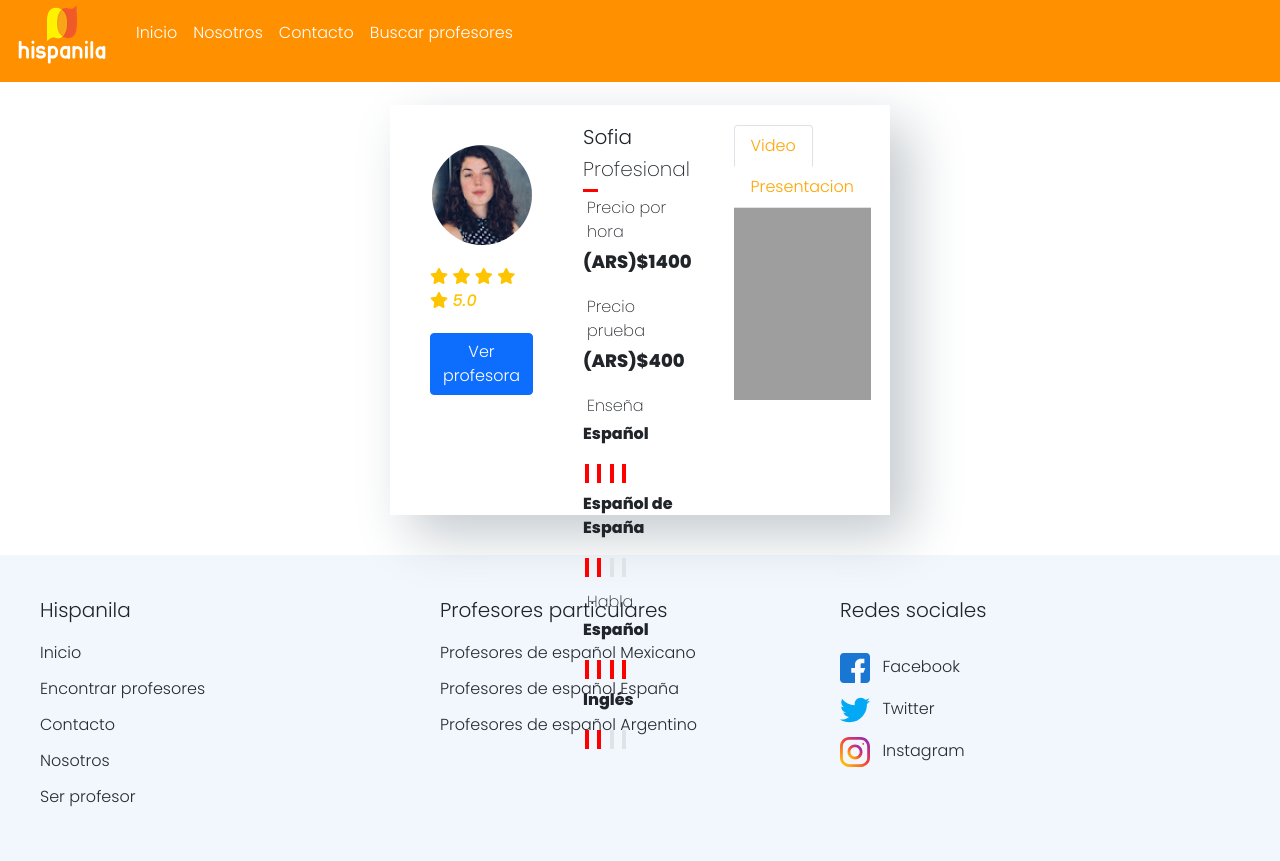
Repository: AgustinGarciaDev/Hispanila
Page: searchteacer.html
An editor plug-in stored every save of this project. The page is shown before and after the next save, followed by the edit.
The browser window is 1280 px wide. The pictures show the whole page.
Pictures or frames that could not be fetched are drawn as grey boxes. Some web libraries are served in a nearby version. The style sheet was rebuilt from its Sass, Less or Tailwind sources for each picture, by a compiler version that may differ from the author's.

Above is the page before, as saved 2021-01-30 10:10:54.

### searchteacer.html
<!DOCTYPE html>
<html lang="en">

<head>

    <head>
        <meta charset="UTF-8">
        <title>Buscar profesor</title>
        <meta name="viewport" content="width=device-width, user-scalable=no">
        <meta name="description" content="Busca el profesor de español que más se adecue a lo que quieres aprender. Busca por precio,variante del español y mucho más">
        <meta name="keywords" content="profesor español, buscar profesor, español , aprender con profesionales">
        <link rel="stylesheet" href="https://cdnjs.cloudflare.com/ajax/libs/animate.css/4.1.1/animate.min.css" />
        <link rel="stylesheet" href="https://use.fontawesome.com/releases/v5.8.1/css/all.css" integrity="sha384-50oBUHEmvpQ+1lW4y57PTFmhCaXp0ML5d60M1M7uH2+nqUivzIebhndOJK28anvf" crossorigin="anonymous">
        <link rel="preconnect" href="https://fonts.gstatic.com">
        <link rel="preconnect" href="https://fonts.gstatic.com">
        <link href="https://fonts.googleapis.com/css2?family=Poppins:ital,wght@0,200;0,300;0,800;0,900;1,200;1,500&display=swap" rel="stylesheet">
        <link href="https://cdn.jsdelivr.net/npm/bootstrap@5.0.0-beta1/dist/css/bootstrap.min.css" rel="stylesheet" integrity="sha384-giJF6kkoqNQ00vy+HMDP7azOuL0xtbfIcaT9wjKHr8RbDVddVHyTfAAsrekwKmP1" crossorigin="anonymous">
        <link rel="stylesheet" href="./css/style.css">
        <link rel="stylesheet" href="stylemod.css">
    </head>
</head>

<body class="search-teacher">
    <header>
        <nav class="navbar navbar-expand-lg navbar-light bg-light nav-color">
            <div class="container-fluid">
                <a class="navbar-brand" href="./index.html"><img class="logo" src="./img/Hispanila_opt.png" alt=""></a>
                <button class="navbar-toggler" type="button" data-bs-toggle="collapse" data-bs-target="#navbarSupportedContent" aria-controls="navbarSupportedContent" aria-expanded="false" aria-label="Toggle navigation">
                    <span class="navbar-toggler-icon"></span>
                </button>
                <div class="collapse navbar-collapse" id="navbarSupportedContent">
                    <ul class="navbar-nav me-auto mb-2 mb-lg-0">
                        <li class="nav-item">
                            <a class="nav-link active" aria-current="page" href="./index.html">Inicio</a>
                        </li>
                        <li class="nav-item">
                            <a class="nav-link" href="./we.html">Nosotros</a>
                        </li>
                        <li class="nav-item">
                            <a class="nav-link" href="./contact.html">Contacto</a>
                        </li>
                        <li class="nav-item">
                            <a class="nav-link" href="./searchteacer.html">Buscar profesores</a>
                        </li>
                    </ul>
                </div>
            </div>
        </nav>
    </header>
    <section class="teacher__layout">
        <div class="teacher__card">
            <div class="teacher__card__content">
                <div class="teacher">
                    <div class="teacher-date">
                        <img src="./img/teacher/teacher-one.jpg" alt="Profesora de español">
                        <div class="score-teacher">
                            <i class="fas fa-star"></i>
                            <i class="fas fa-star"></i>
                            <i class="fas fa-star"></i>
                            <i class="fas fa-star"></i>
                            <i class="fas fa-star"></i>
                            <i>5.0</i>
                        </div>
                        <a class="btn btn-primary" href="./profile.html" role="button">Ver profesora</a>
                    </div>
                </div>
            </div>
            <div class="teacher__card__content">

                <div class="teacher-information">
                    <span class="teacher-date-personal">
                        <h1>Sofia</h1>
                    </span>
                    <span class="teacher-posicion">
                        <h4>Profesional</h4>
                        <div class="teacher-divider-card"></div>
                    </span>
                    <div class="">
                        <div class="row">
                            <div class="col-sm">
                                <span class="title-teacher">
                                    <p>Precio por hora</p>
                                </span>
                                <p class="teacher-precie">(ARS)$1400</p>
                            </div>
                            <div class="col-sm">
                                <span class="title-teacher">
                                    <p>Precio prueba </p>
                                </span>
                                <p class="teacher-precie">(ARS)$400</p>
                            </div>
                        </div>
                    </div>
                    <div>
                        <span class="title-teacher">
                            <p>Enseña</p>
                        </span>
                        <div class="row">
                            <div class="col-sm">
                                <p class="teacher-learning">Español</p>
                                <div class="teacher-level">
                                    <span class="level level-one"></span>
                                    <span class="level level-two"></span>
                                    <span class=" level level-four"></span>
                                    <span class=" level level-five"></span>
                                </div>
                            </div>
                            <div class="col-sm">
                                <p class="teacher-learning">Español de España</p>
                                <div class="teacher-level">
                                    <span class="level level-one"></span>
                                    <span class="level level-two"></span>
                                    <span class=" level level-four-lenguage"></span>
                                    <span class=" level level-five-leanguage"></span>
                                </div>
                            </div>
                        </div>
                    </div>
                    <div>
                        <span class="title-teacher">
                            <p>Habla</p>
                        </span>
                        <div class="row">
                            <div class="col-sm">
                                <p class="teacher-learning">Español</p>
                                <div class="teacher-level">
                                    <span class="level level-one"></span>
                                    <span class="level level-two"></span>
                                    <span class=" level level-four"></span>
                                    <span class=" level level-five"></span>
                                </div>
                            </div>
                            <div class="col-sm">
                                <p class="teacher-learning">Inglés</p>
                                <div class="teacher-level">
                                    <span class="level level-one"></span>
                                    <span class="level level-two"></span>
                                    <span class=" level level-four-lenguage"></span>
                                    <span class=" level level-five-leanguage"></span>
                                </div>
                            </div>
                        </div>
                    </div>
                </div>
            </div>
            <div class="teacher__card__content">
                <ul class="nav nav-tabs color__nav " id="myTab " role="tablist">
                    <li class="nav-item color__nav" role="presentation">
                        <a class="nav-link active color__nav" id="home-tab" data-bs-toggle="tab" href="#home1" role="tab" aria-controls="home" aria-selected="true">Video</a>
                    </li>
                    <li class="nav-item color__nav" role="presentation">
                        <a class="nav-link color__nav" id="profile-tab" data-bs-toggle="tab" href="#profile1" role="tab" aria-controls="profile" aria-selected="false">Presentacion</a>
                    </li>
                </ul>
                <div class="tab-content" id="myTabContent">
                    <div class="tab-pane fade show active" id="home1" role="tabpanel" aria-labelledby="home-tab">
                        <iframe width="100%" height="192" src="https://www.youtube.com/embed/-aLOT1o647Y" frameborder="0" allow="accelerometer; autoplay; clipboard-write; encrypted-media; gyroscope; picture-in-picture" allowfullscreen></iframe>
                    </div>
                    <div class="tab-pane fade" id="profile1" role="tabpanel" aria-labelledby="profile-tab">Soy Licenciada en Educación (Argentina) y Master en Enseñanza de Español como Lengua Extranjera (Universidad de Barcelona). Tengo experiencia trabajando con niños, jóvenes y adultos, desde principiantes hasta avanzados. Durante mi
                        Master desarrollé un curso de español dirigido específicamente a profesionales del sector inmobiliario.
                    </div>
                </div>
            </div>
        </div>

        </div>
    </section>

    <footer class="footer">
        <div class="list__footer">
            <p class="list__footer__p-modifier">Hispanila</p>
            <li class="list__footer__li-modifier"> <a class="list__footer__a-modifier" href="/index.html">Inicio</a>
            </li>
            <li class="list__footer__li-modifier"> <a class="list__footer__a-modifier" href="/searchteacer.html">Encontrar profesores</a></li>
            <li class="list__footer__li-modifier"><a class="list__footer__a-modifier" href="/contacte.html">Contacto</a>
            </li>
            <li class="list__footer__li-modifier"><a class="list__footer__a-modifier" href="/we.html">Nosotros</a></li>
            <li class="list__footer__li-modifier"><a class="list__footer__a-modifier" href="/we.html">Ser profesor</a>
            </li>
        </div>
        <div class="list__footer">
            <p class="list__footer__p-modifier">Profesores particulares</p>
            <li class="list__footer__li-modifier"> <a class="list__footer__a-modifier" href=" https://www.facebook.com/ "> Profesores de español Mexicano</a></li>
            <li class="list__footer__li-modifier"><a class="list__footer__a-modifier" href="https://twitter.com/home ">
                    Profesores de español España</a></li>
            <li class="list__footer__li-modifier"><a class="list__footer__a-modifier" href="https://www.instagram.com/ "> Profesores de español Argentino</a></li>
        </div>
        <div class="list__footer ">
            <p class="list__footer__p-modifier"> Redes sociales</p>
            <li class="list__footer__li-modifier"></li><img class="list__footer__img-modifier" src="./img/facebook.svg " alt=" "> <a class="list__footer__a-modifier" href="https://www.facebook.com/ ">Facebook</a></li>
            <li class="list__footer__li-modifier"></li><img class="list__footer__img-modifier" src="./img/gorjeo.svg " alt=" "> <a class="list__footer__a-modifier" href="https://twitter.com/home ">Twitter</a></li>
            <li class="list__footer__li-modifier"></li><img class="list__footer__img-modifier" src="./img/instagram.svg " alt=" "> <a class="list__footer__a-modifier" href="https://www.instagram.com/ ">Instagram</a></li>
        </div>
    </footer>
    <script src="https://cdn.jsdelivr.net/npm/bootstrap@5.0.0-beta1/dist/js/bootstrap.bundle.min.js" integrity="sha384-ygbV9kiqUc6oa4msXn9868pTtWMgiQaeYH7/t7LECLbyPA2x65Kgf80OJFdroafW" crossorigin="anonymous"></script>
</body>

</html>

### stylemod.css
/* CARD  porque estudiar Hispanila*/

.container {
    height: 400px;
    width: 100%;
    background: white;
    margin-bottom: 20px;
    margin-top: 20px;
    box-shadow: 20px 20px 51px #c4cacf, -20px -20px 51px #ffffff;
    display: flex;
}

.teacher-block {
    padding: 10px;
}

.navbar>.container-fluid {
    background-color: #FF9000 !important;
}

@media (max-width: 890px) {
    .teacher-block
}

@media (max-width: 520px) {}

### scss/style.scss
@import"variables";
@import "header";
@import "footer";
@import "body";
@import "home";
@import "contac";
@import "profile";
@import "seendemail";
@import "aboutUs";
@import "search";

### scss/_variables.scss
/* TIPOGRAFIAS */

$font-body: 'Poppins',
sans-serif;

/* SIZE TIPOGRAFIAS */

$nameteacher: 16px;
$titulocontacto: 20px;

/* ICONOS COLOR */

$color-start-icon: #FEC400;
$color-social:gray;

/*Color background*/

$color-box: linear-gradient(145deg, #d8e8f2, #b6c3cb);

/*Padding*/

$padding-currilum: 40px;

### scss/_header.scss
header {
    position: sticky;
    top: 0;
    z-index: 5;
}

### scss/_footer.scss
.footer {
    background-color: #F2F7FD;
    display: grid;
    grid-template-columns: repeat(3, 1fr);
    padding: 40px;
}

.list__footer__p-modifier {
    font-size: 20px;
}

.list__footer__li-modifier {
    list-style: none;
    align-items: center;
    display: flex;
    margin-bottom: 12px;
}

.list__footer__a-modifier {
    text-decoration: none;
    color: #252b2f;
}

.list-footer a:hover {
    text-decoration: underline;
}

.list__footer__img-modifier {
    width: 30px;
    height: 30px;
    margin-right: 8px;
}

@media (max-width: 768px) {
    .footer {
        display: flex;
        flex-wrap: wrap;
    }
    .list__footer {
        padding-left: 10px;
        padding-right: 10px;
        justify-content: center;
    }
}

@media (max-width: 520px) {}

### scss/_body.scss
body {
    margin: 0;
    font-family: $font-body;
}

.navbar>.container-fluid {
    background-color: #FF9000 !important;
}

### scss/_home.scss
.nav-color {
    background-color: #ff9000 !important;
    height: 65px;
    box-shadow: 2px 2px 4px #d97a00, -5px -5px 4px #ffa600;
}

.nav-link {
    color: white !important;
}

.hero {
    display: grid;
    grid-template-columns: 2fr 2fr;
    height: 600px;
    background-image: url(http://baravdg.com/wp-content/uploads/2021/01/hero-background.png);
    background-position: center;
    background-repeat: no-repeat;
    background-size: cover;
}

.hero .box {
    display: flex;
    flex-direction: column;
    margin: auto;
    padding-left: 30px;
}

.hero__title_h1 {
    color: white;
    font-weight: 700;
    font-size: 50px;
}

.hero__title_p {
    color: white;
    font-size: 30px;
    font-size: 400;
}

.hero__bottom {
    width: 200px;
    color: white;
    padding: 10px;
    text-align: center;
    text-decoration: none;
    font-size: 'Poppins', sans-serif;
    font-weight: 800;
    border-radius: 8px;
    background: linear-gradient(145deg, #ffd529, #d8b322);
}


/* EMPIEZA LAS CARD DE LAS BANDERAS */

.Tittle_h2 {
    text-align: center;
    padding: 30px;
    font-size: 40px;
    font-weight: 800;
}

.block-band {
    display: grid;
    grid-template-columns: repeat(3, 1fr);
    grid-column-gap: 30px;
    grid-row-gap: 30px;
    justify-items: center;
}

.link {
    color: inherit;
    text-decoration: inherit;
}

.card-band {
    border-radius: 24px;
    border-radius: 24px;
    background: #ecf1f4;
    box-shadow: 22px 22px 18px #dee3e5, -22px -22px 18px #faffff;
    width: 400px;
    height: 372px;
}

.content-band {
    display: flex;
    padding-left: 40px;
    padding-bottom: 10px;
}

.info-card {
    padding-top: 9px;
    padding-left: 10px;
}

.info-card h4 {
    margin: 0;
}

.info-card p {
    margin: 0;
    margin-left: 6;
}

.card-band .teacher-photo {
    width: 400px;
    height: 300px;
}

.card-band .band {
    height: 50px;
    width: 50px;
}

.card-prof {
    margin: 40px;
    padding: 40px;
}

.table-proyect {
    padding: 40px;
}


/* Card study*/

.margin {
    margin: 20px;
}

.card__study__resson {
    width: 300px;
    height: 572px;
}

.card__study__img {
    height: 400px;
    width: 200px;
    display: flex;
    margin: auto;
}

.card__study_text {
    text-align: center;
}

.card__study__btn {
    width: 200px;
    color: white;
    padding: 10px;
    justify-content: center;
    text-decoration: none;
    font-size: 'Poppins', sans-serif;
    font-weight: 800;
    border-radius: 8px;
    background: linear-gradient(145deg, #ffd529, #d8b322);
    display: flex;
    margin: auto;
}

@media (max-width: 890px) {
    .block-band {
        grid-template-columns: repeat(2, 1fr);
    }
    .card-band .teacher-photo {
        width: 324px;
        height: 239px;
    }
    .card-band {
        width: 324px;
        height: 325px;
    }
    .logo {
        margin-top: -20px;
    }
}

@media (max-width: 520px) {
    .hero {
        height: 360px;
    }
    .block-band {
        grid-template-columns: none;
    }
    .card__study__resson {
        width: 300px;
        height: 572px;
    }
    .nav-color {
        height: 70px;
    }
    .logo {
        margin-top: -20px;
    }
    .hero__title_h1 {
        font-size: 31px;
    }
    .hero__title_p {
        font-size: 17px;
    }
    .Tittle_h2 {
        text-align: center;
        padding: 17px;
        font-size: 32px;
        font-weight: 800;
    }
}

### scss/_contac.scss
.contact__body {
    margin-top: 50px;
    margin-bottom: 50px;
}

.row {
    margin-right: 0;
}

.email_img {
    width: 100%;
}

.icons__list {
    display: flex;
    justify-content: center;
}

.icons__list_a {
    text-decoration: none;
    color: #ff9000;
    padding-bottom: 10px;
    padding-left: 5px;
    padding-right: 5px;
    font-size: 20px;
}

.icons__list__redsocial {
    display: flex;
    flex-direction: row;
    padding-top: 10px;
    justify-content: center;
}

.icons__list_logo_Redes {
    color: #ff9000;
    font-size: 35px;
    margin: 0 10px;
}

.text-contact__h2 {
    font-size: $titulocontacto;
}

.btn_send {
    width: 200px;
    color: white;
    padding: 10px;
    display: flex;
    justify-content: center;
    margin-top: 14px;
    text-decoration: none;
    font-size: 'Poppins', sans-serif;
    font-weight: 800;
    border-radius: 8px;
    background-color: orange;
}

@media (max-width: 520px) {
    .text-contact__h1 {
        text-align: center;
    }
    .text-contact__h2 {
        font-size: $titulocontacto -7;
        text-align: center;
    }
}

### scss/_seendemail.scss
.lottie {
    justify-content: center;
    display: flex;
}

### scss/_aboutUs.scss
    .About__tittle-h1 {
        text-align: center;
        padding: 20px 0;
        font-weight: 800;
    }

    .About__img {
        display: flex;
        justify-content: center;
        align-items: center;
    }

    .About__img--modifier {
        width: 900px;
        height: 600px;
    }

    .About__history {
        text-align: center;
        margin: 10px 500px;
    }

    .About_compromise_img {
        width: 400px;
        height: 300px;
    }

    .about__container {
        margin-top: 50px;
        margin-bottom: 50px;
    }

    .Value {
        margin-top: 40px;
    }

    .navbar>.container-fluid {
        background-color: #FF9000 !important;
    }

    @media (max-width: 890px) {
        .About__img--modifier {
            width: 100%;
            height: auto;
        }
        .About__history {
            margin: 10px 20px;
        }
    }

    @media (max-width: 570px) {
        .About_compromise_img {
            height: 300px;
        }
        .About_compromise__responsive {
            flex-direction: column-reverse;
            display: flex;
        }
        .Value {
            display: flex;
            align-items: center;
            justify-content: center;
        }
        .Value__box {
            display: flex;
            flex-direction: column;
            justify-content: center;
        }
    }

### scss/_search.scss
.teacher__layout {
    display: flex;
    justify-content: center;
    margin-left: 50px;
    margin-right: 50px;
}

.teacher__card {
    display: grid;
    grid-template-columns: repeat(3, 1fr);
    grid-column-gap: 30px;
    grid-row-gap: 30px;
    justify-items: center;
    background: white;
    box-shadow: 20px 20px 51px #c4cacf, -20px -20px 51px #ffffff;
    height: 410px;
    width: 500px;
    margin-top: 40px;
    margin-bottom: 40px;
    padding: 20px;
}

.teacher__card_content {
    width: 33%;
}

.color__nav {
    color: orange !important;
}

.teacher-date {
    display: flex;
    flex-direction: column;
    padding: 20px;
}

.teacher-date .teacher-score {
    flex-direction: row;
}

.teacher-date img {
    border-radius: 50%;
    height: 100px;
    width: 100px;
    margin: auto;
}

.teacher-date button {
    height: 30px;
    width: 120px;
    margin: auto;
}

.score-teacher {
    margin: auto;
    padding: 20px 0 20px 0;
    color: #FEC400;
}

.teacher-information {
    display: flex;
    flex-direction: column;
}

.teacher-information h1 {
    font-size: 20px;
}

.teacher-date-personal {
    display: flex;
    flex-direction: row;
    justify-content: space-between;
}

.teacher-posicion {
    display: inline;
}

.title-teacher p {
    font-size: 16px;
    font-weight: 200;
    margin: 4px;
}

.teacher-precie {
    font-size: 18px;
    font-weight: bold;
}

.teacher-posicion h4 {
    font-size: 20px;
    font-weight: 200;
}

.teacher-posicion .teacher-divider-card {
    border: solid 1px red;
    width: 15px;
    height: 3px;
    background: red;
}

.teacher-learning {
    font-weight: bold;
}

.level {
    display: inline-block;
    margin: 2px;
    height: 19px;
    width: 4px;
    background: red;
}

.level-four-lenguage {
    background: #dee3e5
}

.level-five-leanguage {
    background: #dee3e5
}

@media (max-width: 890px) {
    .teacher__layout {
        margin-left: 20px;
        margin-right: 20px;
    }
    .teacher__card {
        grid-template-columns: repeat(2, 1fr);
        margin: 0;
        margin-top: 20px;
        height: auto;
    }
}

@media (max-width: 520px) {
    .teacher__card {
        grid-template-columns: repeat(1, 1fr);
        margin: 0;
        margin-top: 20px;
        height: auto;
    }
}

Loaded but not shown: scss/_profile.scss (221 lines, source omitted)

After the next save:
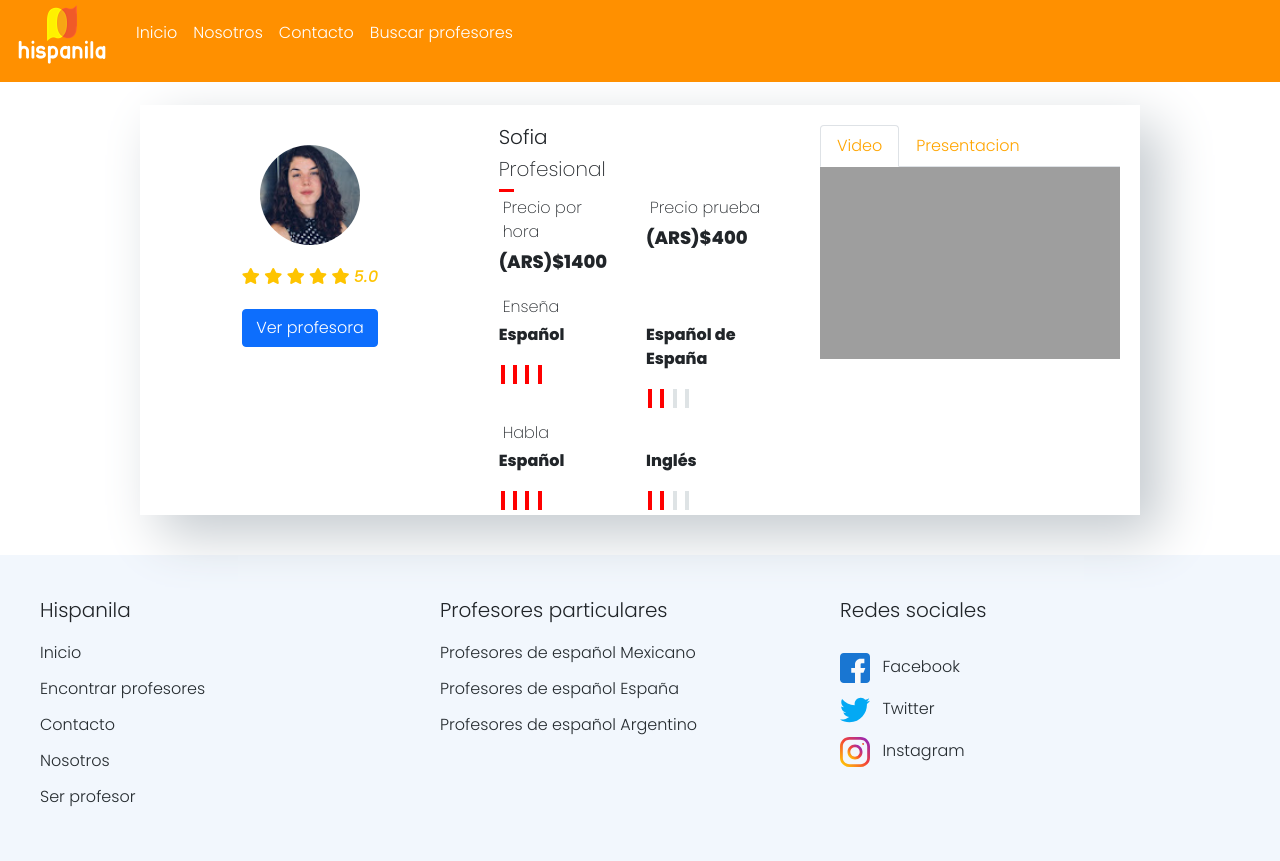
Saved 10 s later.
--- a/scss/_search.scss
+++ b/scss/_search.scss
@@ -14,7 +14,7 @@
     background: white;
     box-shadow: 20px 20px 51px #c4cacf, -20px -20px 51px #ffffff;
     height: 410px;
-    width: 500px;
+    width: 1000px;
     margin-top: 40px;
     margin-bottom: 40px;
     padding: 20px;
